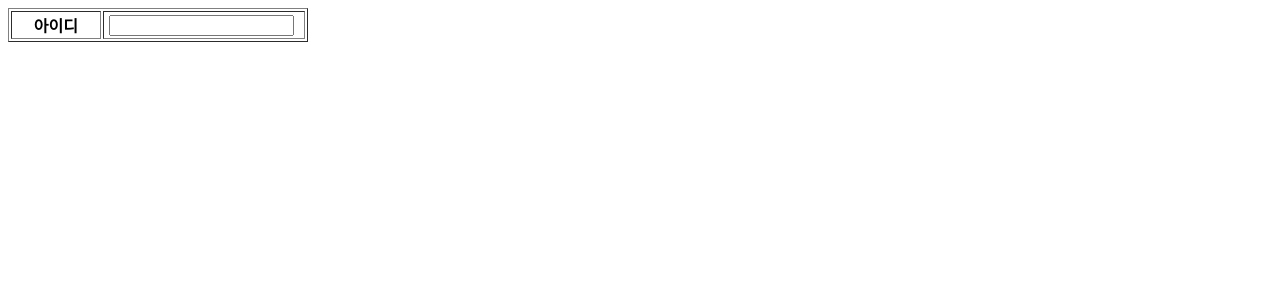
Repository: sgnq008-tech/JSP
Page: http://localhost/WebProject/Login
These files come from the project's save history. The page is drawn as it stood at one moment and after the next save; the edit follows.
The browser window is 1280 px wide. The pictures show the whole page.
The page is served by Tomcat 9. Other server files are loaded and not shown.

Above is the page before, as saved 2026-09-09 06:08:26.

### jsp_workspace/WebProject/src/main/java/com/login/Login.java
package com.login;

import java.io.*;
import java.sql.Connection;
import java.sql.PreparedStatement;
import javax.servlet.Servlet.*;
import javax.servlet.*;
import javax.servlet.annotation.*;
import javax.servlet.http.*;
import java.sql.*;



@WebServlet("/Login")
public class Login extends HttpServlet {
	private static final long serialVersionUID = 1L;


	protected void doGet(HttpServletRequest request, HttpServletResponse response) throws ServletException, IOException {
		processRequest(request,response);
	}


	protected void doPost(HttpServletRequest request, HttpServletResponse response) throws ServletException, IOException {
		processRequest(request,response);
	}

	protected void processRequest(HttpServletRequest request, HttpServletResponse response) throws ServletException, IOException {

	response.setContentType("text/html;charset=utf-8");
	PrintWriter out = response.getWriter();
	try {
		HttpSession session = request.getSession(false);
		if(session != null) {// 로그인이 성공한 경우
			String sessionId = session.getId();
			System.out.println("세션 아이디 :"+sessionId);
			String user = (String)session.getAttribute("user");

			out.println("<html>");
			out.println("<body>");

			       out.println("<table border= '1' width= '300'>");

		    out.println("<tr>");
                   out.println("<td width= '300' align ='center'>");
                   out.println(user+"님이 로그인 하셨습니다.</td>");
			out.println("</tr>");

			out.println("<tr>");
			        out.println("<td align ='center'>");
			        out.println("<a href='#'>회원정보</a>");
			        out.println("<a href='Logout'>로그아웃</a>");
			        out.println("</td>");
			out.println("</tr>");

			out.println("</table>");

			out.println("</body>");
			out.println("</html>");

		}else {// 로그인이 실패한 경우
			out.println("<html>");
			out.println("<body>");
			out.println("<form action='LoginCheck' method='post'>");
			out.println("<table border= '1' width= '300'>");

			out.println("<tr>");
			out.println("<th width= '100'>아이디</th>");
			out.println("<td width ='200'>&nbsp;"
					+ "<input type='text' name='id'></td>");

			out.println("</tr>");


			out.println("</form>");
			out.println("</table>");
			out.println("</body>");
			out.println("</html>");
		}


	}finally {

}
}

}

After the next save:
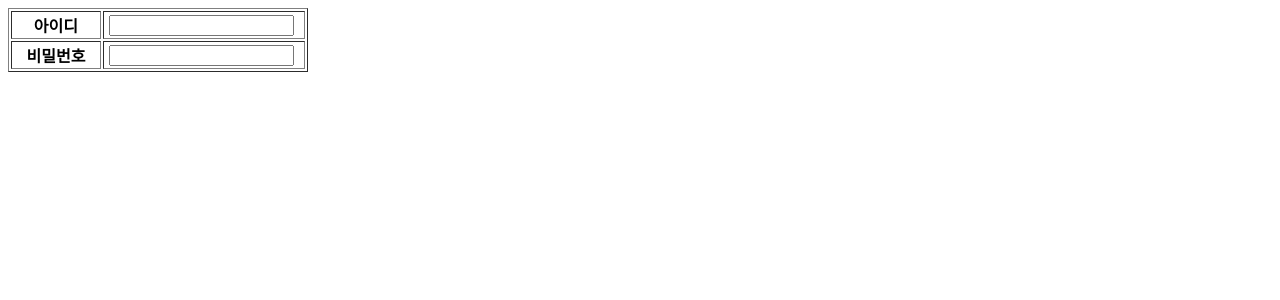
Saved 37 s later.
--- a/jsp_workspace/WebProject/src/main/java/com/login/Login.java
+++ b/jsp_workspace/WebProject/src/main/java/com/login/Login.java
@@ -68,7 +68,12 @@ public class Login extends HttpServlet {
 			out.println("<th width= '100'>아이디</th>");
 			out.println("<td width ='200'>&nbsp;"
 					+ "<input type='text' name='id'></td>");
+			out.println("</tr>");
 
+			out.println("<tr>");
+			out.println("<th width= '100'>비밀번호</th>");
+			out.println("<td width ='200'>&nbsp;"
+					+ "<input type='text' name='passwd'></td>");
 			out.println("</tr>");
 
 
